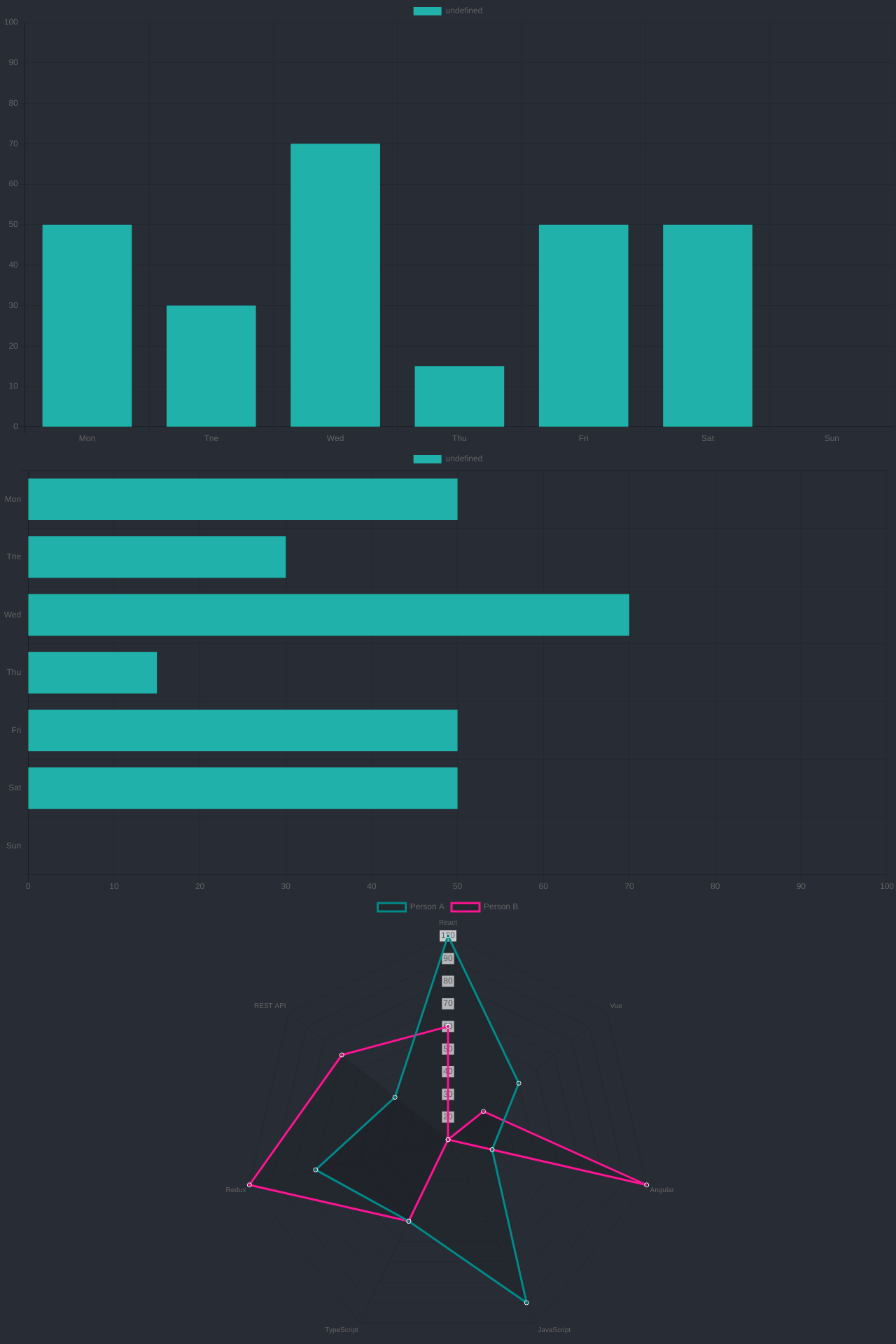
Repository: ShunsukeTanizaki/COVID19-Live
Page: /
The author's editor kept a copy of each file at every save. The page is drawn from the files as they stood at one save, then again after the next save.
The browser window is 1280 px wide. The pictures show the part of the page from y = 1920 to 3840 px (the page is 3840 px tall), at 70% of full size.
The project was rebuilt for these pictures with package versions that can differ from the ones it lists, and the page was loaded fresh each time.

Above is the page before, as saved 2020-11-06 00:16:40.

### src/App.tsx
import React from "react";
// import logo from "./logo.svg";
import "./App.css";
import LinePlot from "./components/LinePlot";
import PiePlot from "./components/PiePlot";
import BarPlot from "./components/BarPlot";
import RaderPlot from "./components/RaderPlot";

function App() {
    return (
        <div className="App">
            <LinePlot />
            <PiePlot />
            <BarPlot />
            <RaderPlot />
        </div>
    );
}

export default App;

### src/App.css
.App {
    background-color: #282c34;
    text-align: center;
}

.App-logo {
    height: 40vmin;
    pointer-events: none;
}

@media (prefers-reduced-motion: no-preference) {
    .App-logo {
        animation: App-logo-spin infinite 20s linear;
    }
}

.App-header {
    background-color: #282c34;
    min-height: 100vh;
    display: flex;
    flex-direction: column;
    align-items: center;
    justify-content: center;
    font-size: calc(10px + 2vmin);
    color: white;
}

.App-link {
    color: #61dafb;
}

@keyframes App-logo-spin {
    from {
        transform: rotate(0deg);
    }
    to {
        transform: rotate(360deg);
    }
}

### src/components/LinePlot.tsx
import React from "react";
import { Line } from "react-chartjs-2";

const data = {
    labels: ["Mon", "Tne", "Wed", "Thu", "Fri", "Sat", "Sun"],
    datasets: [
        {
            label: "Demo Line plot",
            backgroundColor: "#008080",
            borderColor: "#7fffd4",
            pointBorderWidth: 10,
            data: [1, 6, 9, 15, 30, 40, 80]
        }
    ]
};

const LinePlot: React.FC = () => {
    return (
        <div>
            <Line data={data} />
        </div>
    );
};

export default LinePlot;

### src/components/PiePlot.tsx
import React from "react";
import { Pie, Doughnut } from "react-chartjs-2";

const data = {
    labels: ["Windows", "Mac", "Linux"],
    datasets: [
        {
            data: [90, 7, 3],
            backgroundColor: ["#4196e1", "#ff1493", "#FFCE56"],
            hoverBackgroundColor: ["#36A2BE", "#FF6384", "#FFCE56"],
            borderColor: ["transparent", "transparent", "transparent"]
        }
    ]
};

const PiePlot: React.FC = () => {
    return (
        <div>
            <Pie data={data} />
            <Doughnut data={data} />
        </div>
    );
};

export default PiePlot;

### src/components/BarPlot.tsx
import React from "react";
import { Bar, HorizontalBar } from "react-chartjs-2";

const data = {
    labels: ["Mon", "Tne", "Wed", "Thu", "Fri", "Sat", "Sun"],
    datasets: [
        {
            labsl: "Demo bdr plot",
            backgroundColor: "#20b2aa",
            borderColor: "transParent",
            hoverBackgroundColor: "#5f9ea0",
            data: [50, 30, 70, 15, 50, 50, 0, 100]
        }
    ]
};

const BarPlot: React.FC = () => {
    return (
        <div>
            <Bar data={data} />
            <HorizontalBar data={data} />
        </div>
    );
};

export default BarPlot;

### src/components/RaderPlot.tsx
import React from "react";
import { Radar } from "react-chartjs-2";

const data = {
    labels: [
        "React",
        "Vue",
        "Angular",
        "JavaScript",
        "TypeScript",
        "Redux",
        "REST API"
    ],
    datasets: [
        {
            label: "Person A",
            backgloundColor: "rgba(179,181,198,0.2)",
            borderColor: "#008b8b",
            pointBackgloundColor: "#008b8b",
            pointBorderColor: "#fff",
            data: [100, 50, 30, 90, 50, 70, 40]
        },
        {
            label: "Person B",
            backgloundColor: "rgba(179,181,198,0.2)",
            borderColor: "#ff1493",
            pointBackgloundColor: "#ff1493",
            pointBorderColor: "#fff",
            data: [10, 30, 100, 10, 50, 100, 70, 60]
        }
    ]
};
const RaderPlot: React.FC = () => {
    return (
        <div>
            <Radar data={data} />
        </div>
    );
};

export default RaderPlot;

Loaded but not shown: public/index.html (common file); src/index.tsx (common file); src/index.css (common file); src/reportWebVitals.ts (common file)

After the next save:
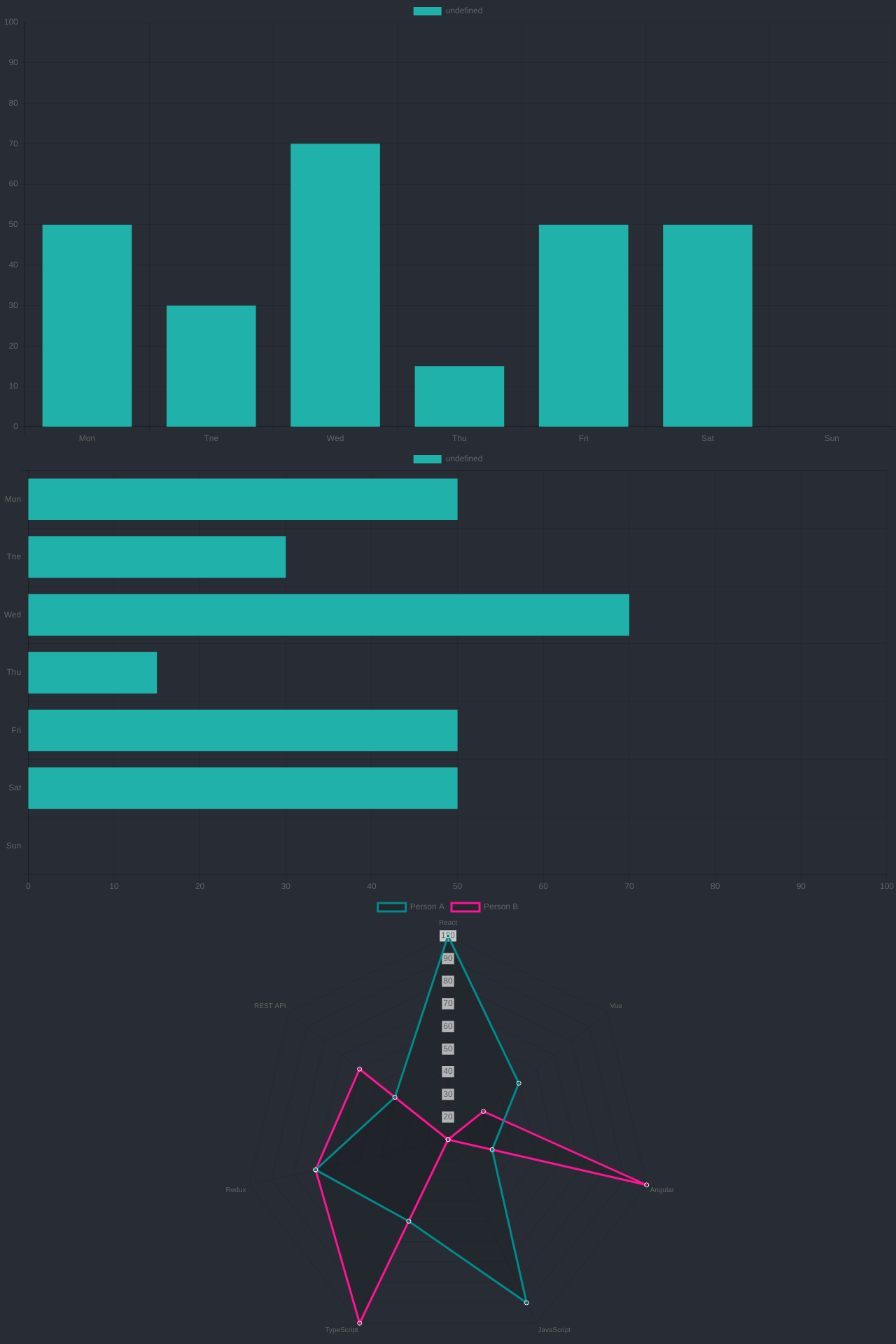
Saved 106 s later.
--- a/src/components/RaderPlot.tsx
+++ b/src/components/RaderPlot.tsx
@@ -26,7 +26,7 @@ const data = {
             borderColor: "#ff1493",
             pointBackgloundColor: "#ff1493",
             pointBorderColor: "#fff",
-            data: [10, 30, 100, 10, 50, 100, 70, 60]
+            data: [10, 30, 100, 10, 100, 70, 60]
         }
     ]
 };
